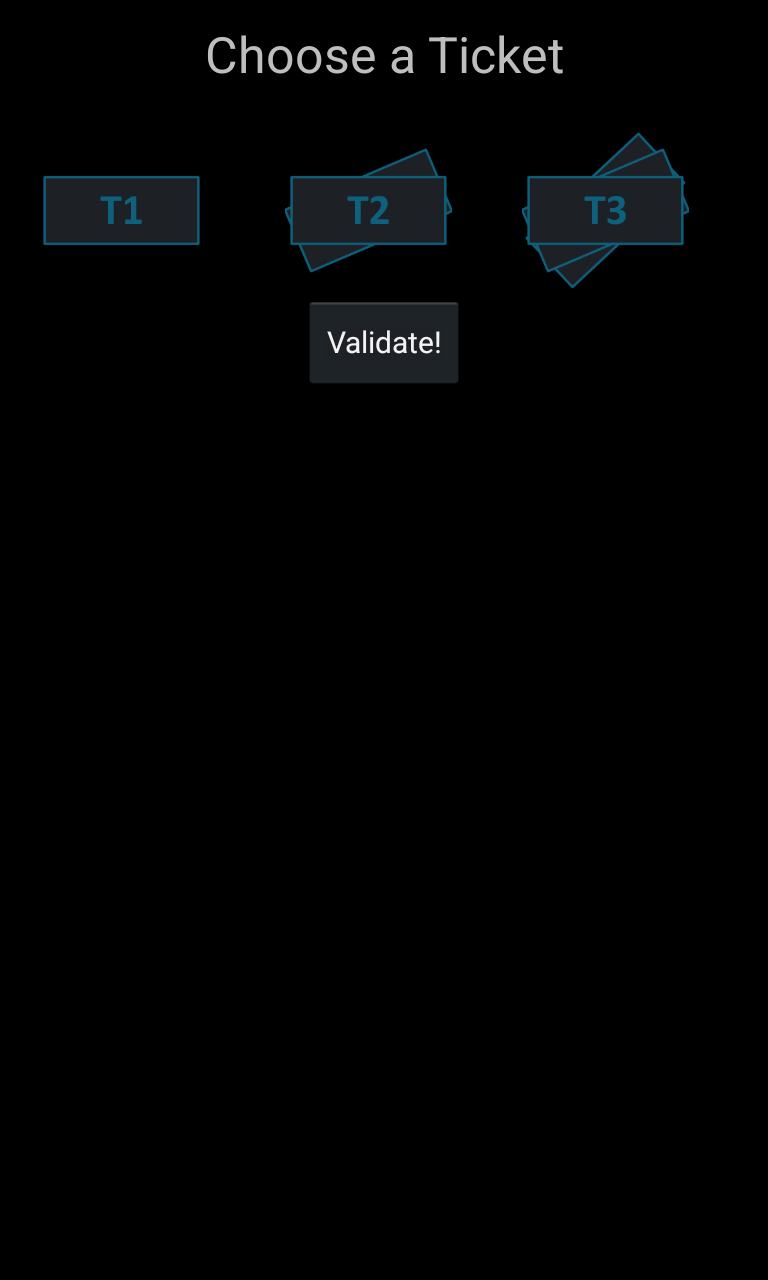
Repository: Nelspike/BusTicketer
Layout: PassengerMode/res/layout/fragment_show_tickets.xml
An editor plug-in stored every save of this project. The layout is shown before and after the next save, followed by the edit.
It is drawn on a 768 x 1280 px phone screen (xhdpi) without system bars, with theme AppTheme; the app's code is not run.

Above is the layout before, as saved 2013-10-19 20:19:36.

### PassengerMode/res/layout/fragment_show_tickets.xml
<FrameLayout xmlns:android="http://schemas.android.com/apk/res/android"
    xmlns:tools="http://schemas.android.com/tools"
    android:layout_width="match_parent"
    android:layout_height="match_parent"
    tools:context=".ShowTicketsFragment" >

    <LinearLayout
        android:layout_width="match_parent"
        android:layout_height="wrap_content"
        android:orientation="vertical"
        android:paddingTop="10dp">

	    <TextView
	        android:layout_width="match_parent"
	        android:layout_height="wrap_content"
	        android:text="@string/show_tickets_title"
	        android:textSize="25sp"
	        android:gravity="center"/>

		<RadioGroup
		    android:id="@+id/ticket_radio"
		    android:layout_width="match_parent"
		    android:layout_height="wrap_content"
		    android:gravity="center"
		    android:orientation="horizontal"
		    android:paddingTop="20dp" >

			<RadioButton
			    android:id="@+id/t1_radio"
				android:button="@drawable/t1_selector"
				android:layout_width="wrap_content"
				android:layout_height="wrap_content"
				android:paddingRight="10dp"
		        android:paddingLeft="30dp"/>

			<RadioButton
			    android:id="@+id/t2_radio"
				android:button="@drawable/t2_selector"
				android:layout_width="wrap_content"
				android:layout_height="wrap_content"
		        android:paddingLeft="35dp"/>

			<RadioButton
			    android:id="@+id/t3_radio"
				android:button="@drawable/t3_selector"
				android:layout_width="wrap_content"
				android:layout_height="wrap_content"
		        android:paddingLeft="20dp"/>

		</RadioGroup>

		<Button
		    android:id="@+id/t1_ticket_validate"
		    android:layout_width="wrap_content"
		    android:layout_height="wrap_content"
		    android:textSize="15sp"
		    android:layout_gravity="center"
		    android:text="@string/validate_ticket" />

    </LinearLayout>




</FrameLayout>

### PassengerMode/res/values/styles.xml
<resources>

    <!--
        Base application theme, dependent on API level. This theme is replaced
        by AppBaseTheme from res/values-vXX/styles.xml on newer devices.
    -->
    <style name="AppBaseTheme" parent="android:Theme.Holo">
        <!--
            Theme customizations available in newer API levels can go in
            res/values-vXX/styles.xml, while customizations related to
            backward-compatibility can go here.
        -->
    </style>

    <!-- Application theme. -->
    <style name="AppTheme" parent="android:Theme.Holo">
        <!-- All customizations that are NOT specific to a particular API-level can go here. -->
    </style>

</resources>

### PassengerMode/res/values/strings.xml
<?xml version="1.0" encoding="utf-8"?>
<resources>

    <string name="app_name">Passenger Mode</string>
    <string name="action_settings">Settings</string>
    <string name="hello_world">Hello world!</string>
    <string name="welcome_string">Welcome to Bus Ticketer!</string>
    <string name="splash_screen_description">Splash Screen Logo</string>
    <string name="splash_screen_terms">Lorem ipsum dolor sit amet, consectetur adipiscing elit. In porta cursus lacus ut porta. Ut luctus et urna eu malesuada. Donec magna diam, mollis molestie est eu, bibendum semper quam. Curabitur rhoncus iaculis nisi ut luctus. Pellentesque habitant morbi tristique senectus et netus et malesuada fames ac turpis egestas. Ut luctus gravida massa, a posuere nunc sagittis ac. Maecenas porta nisi sed interdum varius. Nunc tincidunt turpis nec orci interdum sollicitudin in at nulla. Integer non lorem a elit elementum iaculis consectetur vel ipsum. Aenean sed eros laoreet, egestas lacus eu, accumsan risus. Aliquam consequat sagittis urna, quis accumsan felis malesuada sed.</string>
    <string name="splash_screen_name_label">Name:</string>
    <string name="splash_screen_card_label">CC No.:</string>
    <string name="splash_screen_register_button">Register it up!</string>
    <string name="title_activity_central">CentralActivity</string>
    <string name="hello_blank_fragment">Hello blank fragment</string>
    <string name="description">Generic Description</string>
    <string name="validate_ticket">Validate!</string>
    <string name="show_tickets_title">Choose a Ticket</string>

</resources>

### PassengerMode/res/drawable-xxhdpi/t1_selector.xml
<?xml version="1.0" encoding="utf-8"?>
<selector xmlns:android="http://schemas.android.com/apk/res/android" >
	<item android:state_checked="true" android:drawable="@drawable/selectedt1" />
	<item android:state_checked="false" android:drawable="@drawable/t1" />
</selector>

### PassengerMode/res/drawable-xxhdpi/t2_selector.xml
<?xml version="1.0" encoding="utf-8"?>
<selector xmlns:android="http://schemas.android.com/apk/res/android" >
	<item android:state_checked="true" android:drawable="@drawable/selectedt2" />
	<item android:state_checked="false" android:drawable="@drawable/t2" />
</selector>

### PassengerMode/res/drawable-xxhdpi/t3_selector.xml
<?xml version="1.0" encoding="utf-8"?>
<selector xmlns:android="http://schemas.android.com/apk/res/android" >
	<item android:state_checked="true" android:drawable="@drawable/selectedt3" />
	<item android:state_checked="false" android:drawable="@drawable/t3" />
</selector>

After the next save:
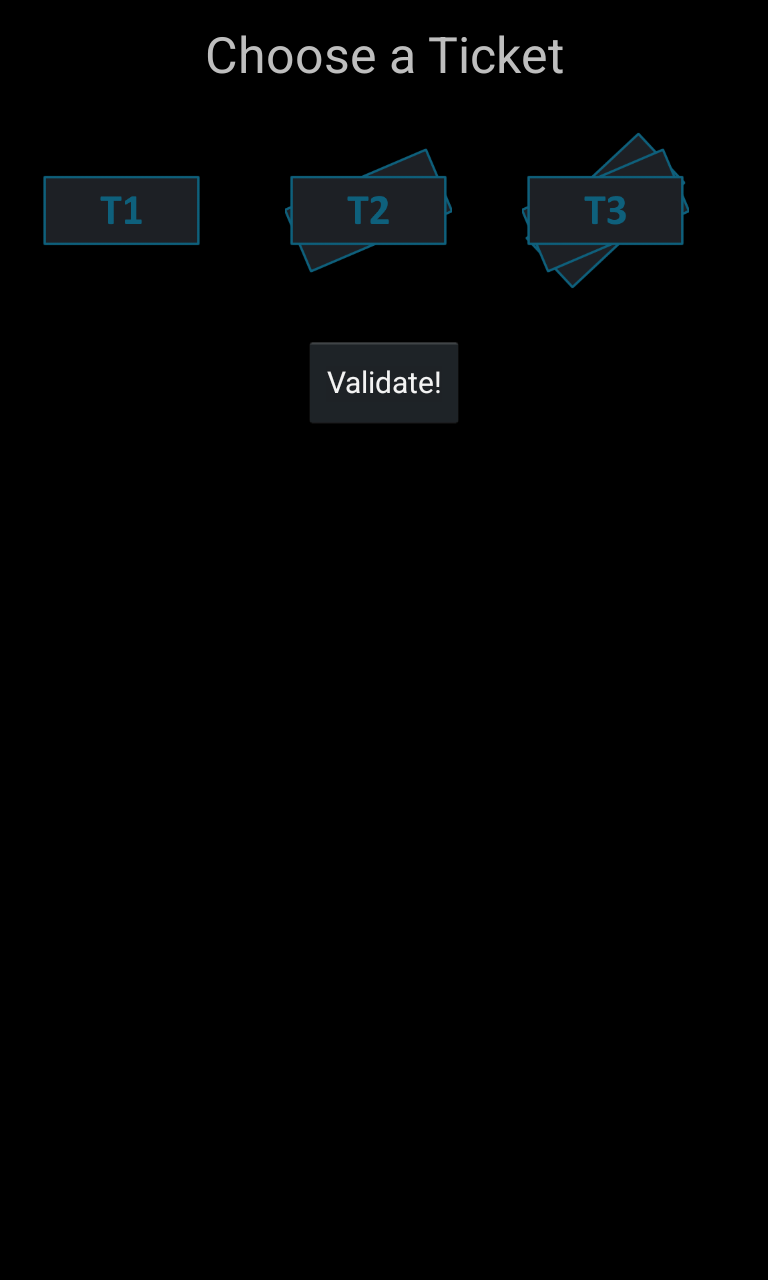
Saved 9 s later.
--- a/PassengerMode/res/layout/fragment_show_tickets.xml
+++ b/PassengerMode/res/layout/fragment_show_tickets.xml
@@ -23,7 +23,8 @@
 		    android:layout_height="wrap_content"
 		    android:gravity="center"
 		    android:orientation="horizontal"
-		    android:paddingTop="20dp" >
+		    android:paddingTop="20dp"
+		    android:paddingBottom="20dp" >
 
 			<RadioButton
 			    android:id="@+id/t1_radio"
